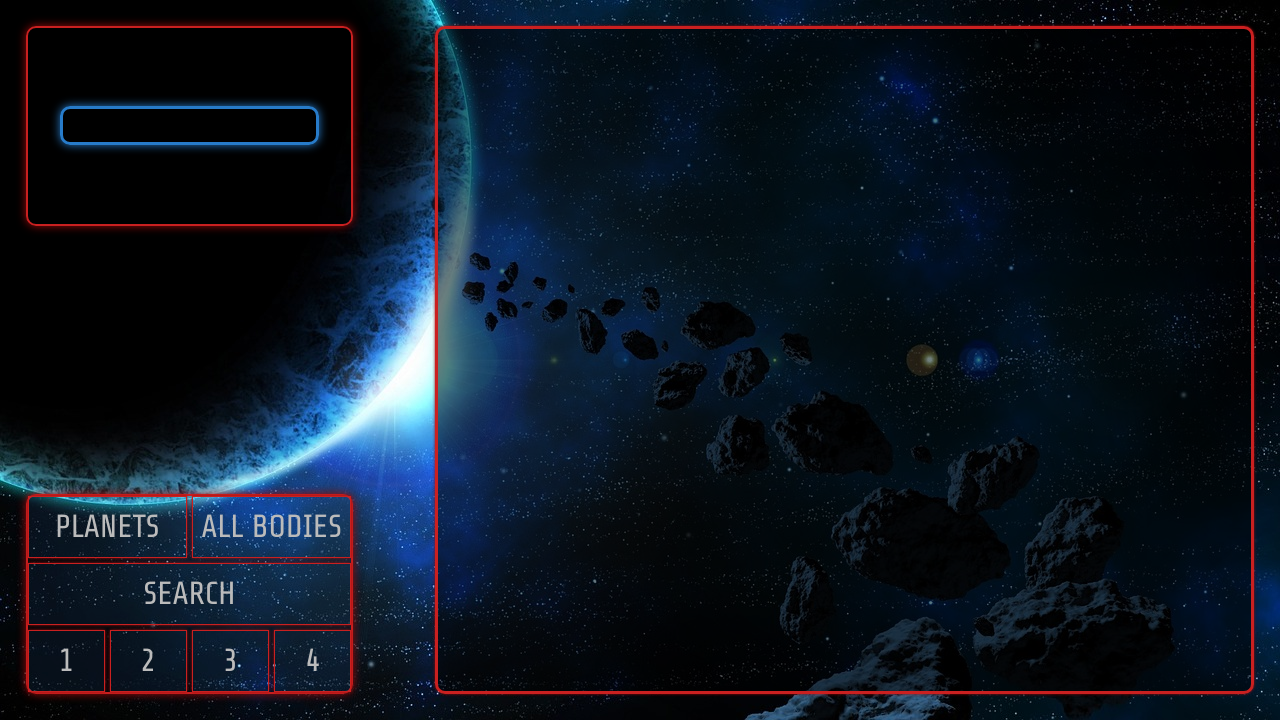
Repository: Przemek-Szadkowski/space-bodies
Page: /
An editor plug-in stored every save of this project. The page is shown before and after the next save, followed by the edit.
The browser window is 1280 px wide. The pictures show the whole page.
The first visible `.search input` has the focus.
The page's requests for data from a server got no answer. The project was rebuilt for these pictures with package versions that can differ from the ones it lists, and the page was loaded fresh each time. No one was signed in, and anything a server would have sent is missing. Also part of the build but not shown: src/components/BodieRecord.js.

Above is the page before, as saved 2021-11-27 14:55:01.

After the next save:
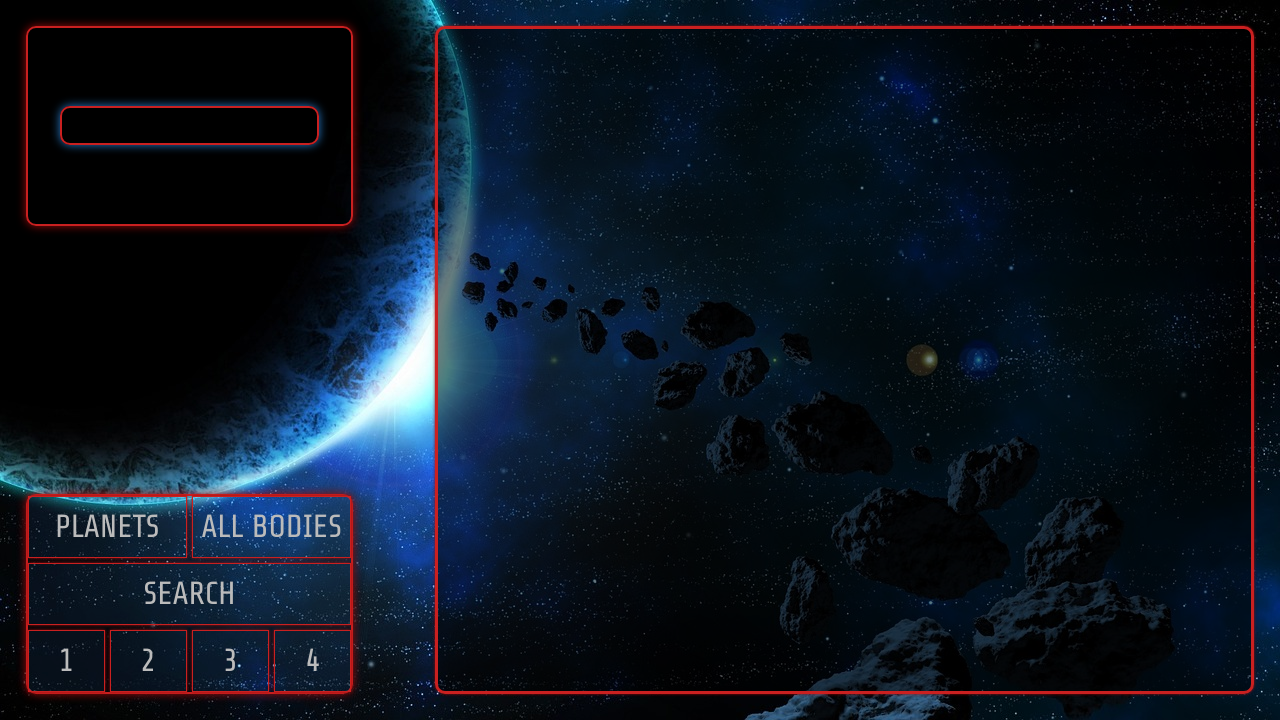
Saved 15 s later.
--- a/src/index.css
+++ b/src/index.css
@@ -173,6 +173,6 @@ main {
 
 .search input:focus {
   outline: none;
-  border: 3px solid rgb(39, 123, 201);
+  /* border: 3px solid rgb(39, 123, 201); */
   box-shadow: 0 0 10px rgb(39, 123, 201);
 }
